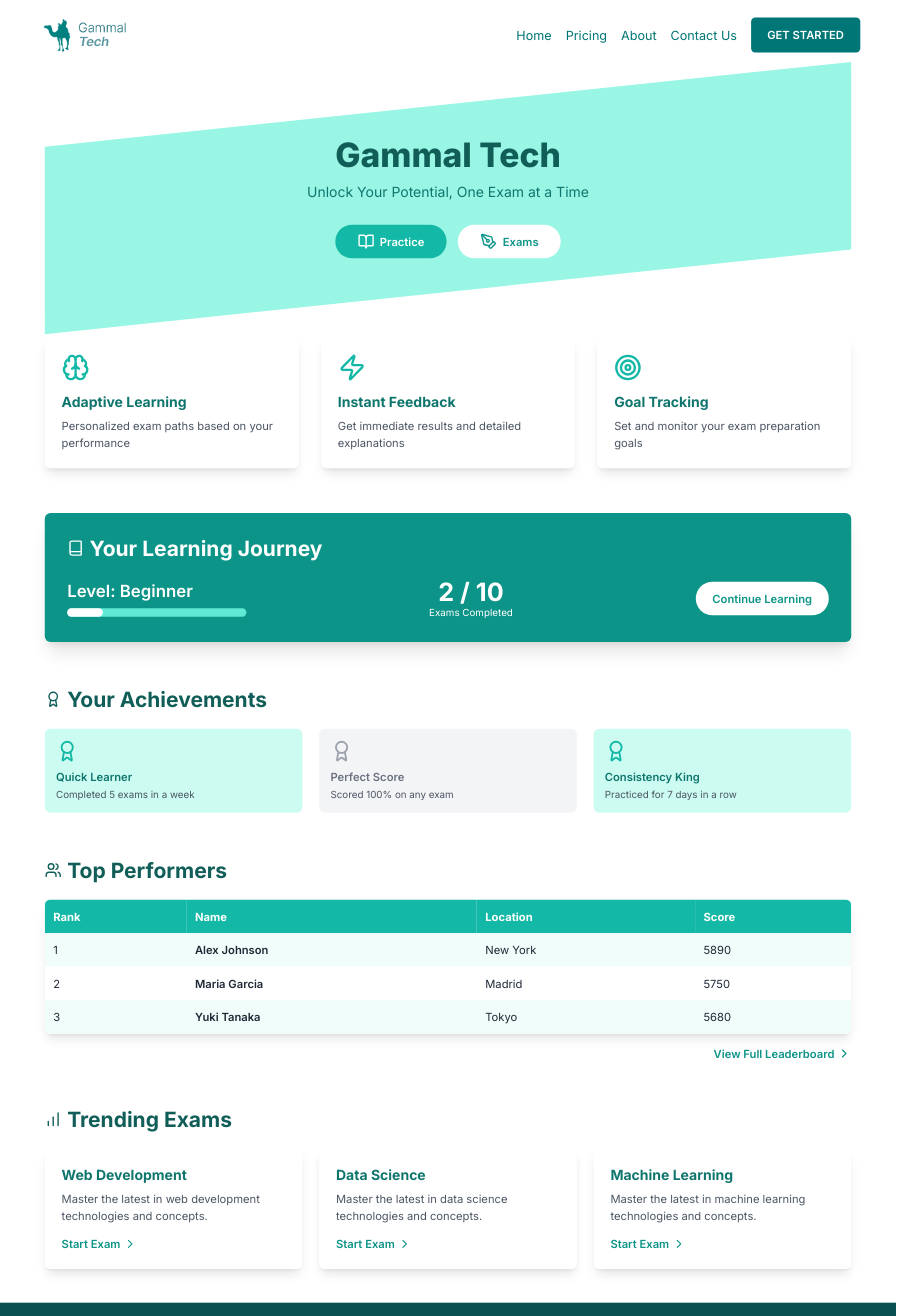
Repository: Ahmed77669/Internship-test
Page: /
The author's editor kept a copy of each file at every save. The page is drawn from the files as they stood at one save, then again after the next save.
The browser window is 1280 px wide. The page is 1280 px wide, then 1311 px, so the pictures cover 1311 px, including what lies to the right of the window. The pictures show the part of the page from y = 0 to 1880 px (the page is 2245 px tall before and 4817 px after), at 70% of full size.
The project was rebuilt for these pictures with package versions that can differ from the ones it lists, and the page was loaded fresh each time. The framework's server and built-in components were replaced by stand-ins that run in the browser. Also part of the build but not shown: next.config.mjs.

Above is the page before, as saved 2024-10-23 21:09:31.

After the next save:
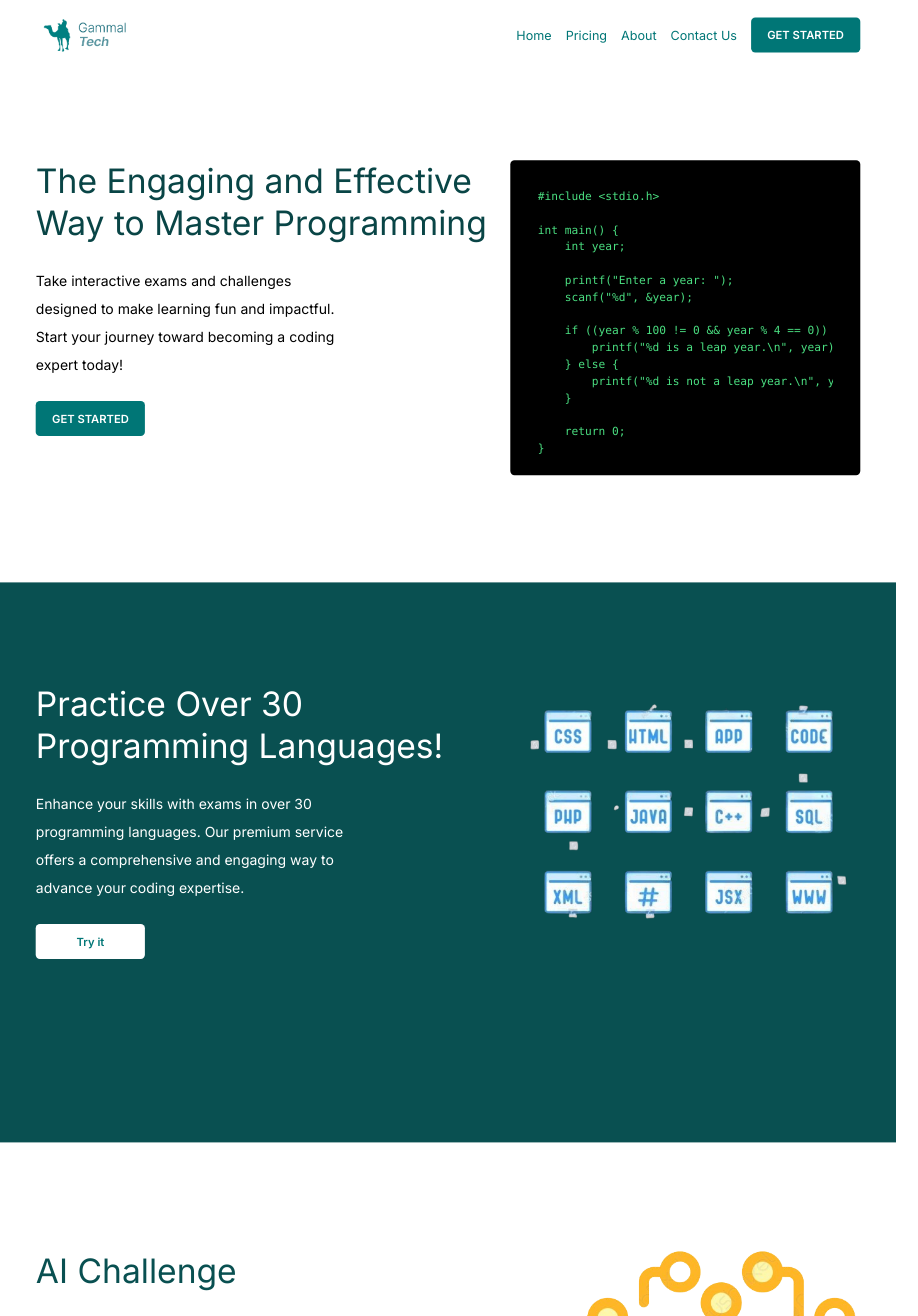
Saved 32 s later.
--- a/app/page.tsx
+++ b/app/page.tsx
@@ -2,145 +2,14 @@
 import Home_1 from "@/components/Home/Home_1";
 import Image from "next/image";
 
-import Link from 'next/link'
-import { Book, Award, Users, BarChart, ChevronRight, Brain, Zap, Target, BookOpen, PenTool } from 'lucide-react'
+
 
 export default function Home() {
   return (
-      // <main>
-      //   <Home_1 />
-      // </main>
-      <div className="min-h-screen  text-gray-800 py-12 px-4">
-      <main className="max-w-6xl mx-auto space-y-16">
-        <section className="text-center relative">
-          <div className="absolute inset-0 bg-teal-200 transform -skew-y-6 z-0"></div>
-          <div className="relative z-10 py-12">
-            <h1 className="text-5xl font-extrabold mb-4 text-teal-800">Gammal Tech</h1>
-            <p className="text-xl mb-8 text-teal-700">Unlock Your Potential, One Exam at a Time</p>
-            <div className="flex justify-center space-x-4">
-              <Link href="/practice" className="bg-teal-500 text-white px-8 py-3 rounded-full font-semibold hover:bg-teal-600 transition duration-300 inline-flex items-center">
-                <BookOpen className="mr-2" size={24} />
-                Practice
-              </Link>
-              <Link href="/exams" className="bg-white text-teal-600 px-8 py-3 rounded-full font-semibold hover:bg-teal-100 transition duration-300 inline-flex items-center">
-                <PenTool className="mr-2" size={24} />
-                Exams
-              </Link>
-            </div>
-          </div>
-        </section>
+      <main>
+        <Home_1 />
+      </main>
 
-        <section className="grid md:grid-cols-3 gap-8">
-          {[
-            { icon: Brain, title: 'Adaptive Learning', description: 'Personalized exam paths based on your performance' },
-            { icon: Zap, title: 'Instant Feedback', description: 'Get immediate results and detailed explanations' },
-            { icon: Target, title: 'Goal Tracking', description: 'Set and monitor your exam preparation goals' }
-          ].map((feature, index) => (
-            <div key={index} className="bg-white p-6 rounded-lg shadow-lg hover:shadow-xl transition duration-300 transform hover:-translate-y-1">
-              <feature.icon className="text-teal-500 mb-4" size={40} />
-              <h3 className="text-xl font-bold mb-2 text-teal-700">{feature.title}</h3>
-              <p className="text-gray-600">{feature.description}</p>
-            </div>
-          ))}
-        </section>
-
-        <section className="bg-teal-600 text-white p-8 rounded-lg shadow-xl">
-          <h2 className="text-3xl font-bold mb-6 flex items-center">
-            <Book className="mr-2" /> Your Learning Journey
-          </h2>
-          <div className="flex flex-wrap justify-between items-center">
-            <div className="mb-4 md:mb-0">
-              <p className="text-2xl font-semibold mb-2">Level: Beginner</p>
-              <div className="w-64 bg-teal-300 rounded-full h-3">
-                <div className="bg-white h-3 rounded-full" style={{width: '20%'}}></div>
-              </div>
-            </div>
-            <div className="text-center mb-4 md:mb-0">
-              <p className="text-4xl font-bold">2 / 10</p>
-              <p className="text-sm">Exams Completed</p>
-            </div>
-            <Link href="/practice" className="bg-white text-teal-600 px-6 py-3 rounded-full font-semibold hover:bg-teal-100 transition duration-300">
-              Continue Learning
-            </Link>
-          </div>
-        </section>
-
-        <section>
-          <h2 className="text-3xl font-bold mb-6 text-teal-800 flex items-center">
-            <Award className="mr-2" /> Your Achievements
-          </h2>
-          <div className="grid md:grid-cols-3 gap-6">
-            {[
-              { title: 'Quick Learner', description: 'Completed 5 exams in a week', unlocked: true },
-              { title: 'Perfect Score', description: 'Scored 100% on any exam', unlocked: false },
-              { title: 'Consistency King', description: 'Practiced for 7 days in a row', unlocked: true }
-            ].map((achievement, index) => (
-              <div key={index} className={`p-4 rounded-lg ${achievement.unlocked ? 'bg-teal-100' : 'bg-gray-100'}`}>
-                <Award className={`mb-2 ${achievement.unlocked ? 'text-teal-500' : 'text-gray-400'}`} size={32} />
-                <h3 className={`font-semibold mb-1 ${achievement.unlocked ? 'text-teal-700' : 'text-gray-500'}`}>
-                  {achievement.title}
-                </h3>
-                <p className="text-sm text-gray-600">{achievement.description}</p>
-              </div>
-            ))}
-          </div>
-        </section>
-
-        <section>
-          <h2 className="text-3xl font-bold mb-6 text-teal-800 flex items-center">
-            <Users className="mr-2" /> Top Performers
-          </h2>
-          <div className="bg-white rounded-lg shadow-lg overflow-hidden">
-            <table className="w-full">
-              <thead className="bg-teal-500 text-white">
-                <tr>
-                  <th className="p-3 text-left">Rank</th>
-                  <th className="p-3 text-left">Name</th>
-                  <th className="p-3 text-left">Location</th>
-                  <th className="p-3 text-left">Score</th>
-                </tr>
-              </thead>
-              <tbody>
-                {[
-                  { rank: 1, name: 'Alex Johnson', location: 'New York', score: 5890 },
-                  { rank: 2, name: 'Maria Garcia', location: 'Madrid', score: 5750 },
-                  { rank: 3, name: 'Yuki Tanaka', location: 'Tokyo', score: 5680 }
-                ].map((performer, index) => (
-                  <tr key={index} className={index % 2 === 0 ? 'bg-teal-50' : 'bg-white'}>
-                    <td className="p-3">{performer.rank}</td>
-                    <td className="p-3 font-semibold">{performer.name}</td>
-                    <td className="p-3">{performer.location}</td>
-                    <td className="p-3">{performer.score}</td>
-                  </tr>
-                ))}
-              </tbody>
-            </table>
-          </div>
-          <div className="text-right mt-4">
-            <Link href="/leaderboard" className="text-teal-600 hover:text-teal-800 font-semibold inline-flex items-center">
-              View Full Leaderboard <ChevronRight className="ml-1" size={20} />
-            </Link>
-          </div>
-        </section>
-
-        <section>
-          <h2 className="text-3xl font-bold mb-6 text-teal-800 flex items-center">
-            <BarChart className="mr-2" /> Trending Exams
-          </h2>
-          <div className="grid md:grid-cols-3 gap-6">
-            {['Web Development', 'Data Science', 'Machine Learning'].map((exam, index) => (
-              <div key={index} className="bg-white p-6 rounded-lg shadow-lg hover:shadow-xl transition duration-300">
-                <h3 className="font-bold text-xl mb-2 text-teal-700">{exam}</h3>
-                <p className="text-gray-600 mb-4">Master the latest in {exam.toLowerCase()} technologies and concepts.</p>
-                <Link href={`/exam/${exam.toLowerCase().replace(' ', '-')}`} className="inline-flex items-center text-teal-600 hover:text-teal-800 font-semibold">
-                  Start Exam <ChevronRight className="ml-1" size={20} />
-                </Link>
-              </div>
-            ))}
-          </div>
-        </section>
-      </main>
-    </div>
 
   );
 }
